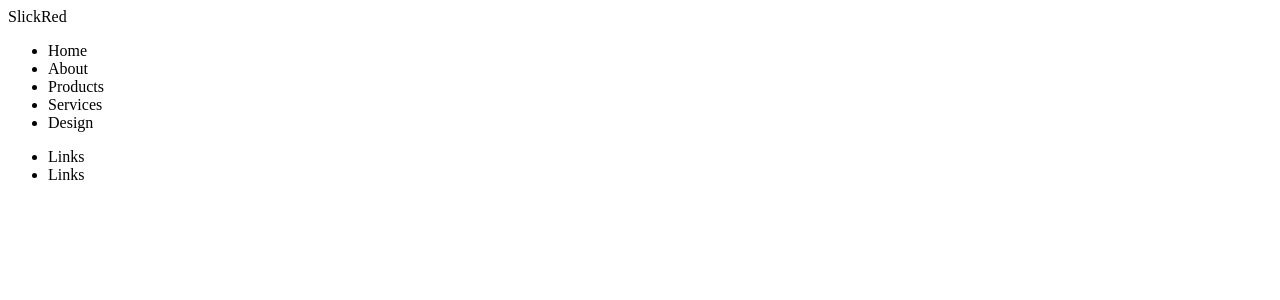
Repository: NgocTruong0701/Self_Learning
Page: html/practice/Baitapweb/Bai4.1.4.html
The author's editor kept a copy of each file at every save. The page is drawn from the files as they stood at one save, then again after the next save.
The browser window is 1280 px wide. The pictures show the whole page.

Above is the page before, as saved 2021-10-05 23:25:03.

### html/practice/Baitapweb/Bai4.1.4.html
<!DOCTYPE html>
<html>
<head>
    <meta charset="UTF-8">
    <meta name="author" content="Lê Ngọc Trường">
    <title>Bài 4 Phiếu 1 Bài 1</title>
    <link rel="stylesheet" type="text/css" href="./Bai4.1.4.css">
</head>
<body>
    <div id="container">
        <header>
            <div class="banner"><span class="first">Slick</span>Red</div>
            <div class="content-menu">
                <ul class="menu">
                    <li>Home</li>
                    <li>About</li>
                    <li>Products</li>
                    <li>Services</li>
                    <li>Design</li>
                </ul>
            </div>
        </header>

        <div class="body">
            <div class="slidebar-left">
                <ul class="slidebar">
                    <li>Links</li>
                    <li>Links</li>
                </ul>
            </div>
        </div>
    </div>
</body>
</html>

Loaded but not shown: html/practice/Baitapweb/Bai4.1.4.css (no stored copy; drawn as an empty file)

After the next save:
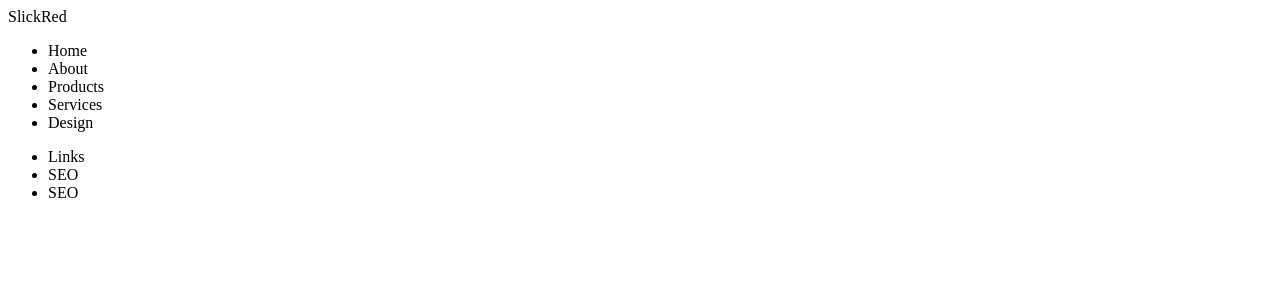
Saved 9 s later.
--- a/html/practice/Baitapweb/Bai4.1.4.html
+++ b/html/practice/Baitapweb/Bai4.1.4.html
@@ -25,7 +25,8 @@
             <div class="slidebar-left">
                 <ul class="slidebar">
                     <li>Links</li>
-                    <li>Links</li>
+                    <li>SEO</li>
+                    <li>SEO</li>
                 </ul>
             </div>
         </div>
